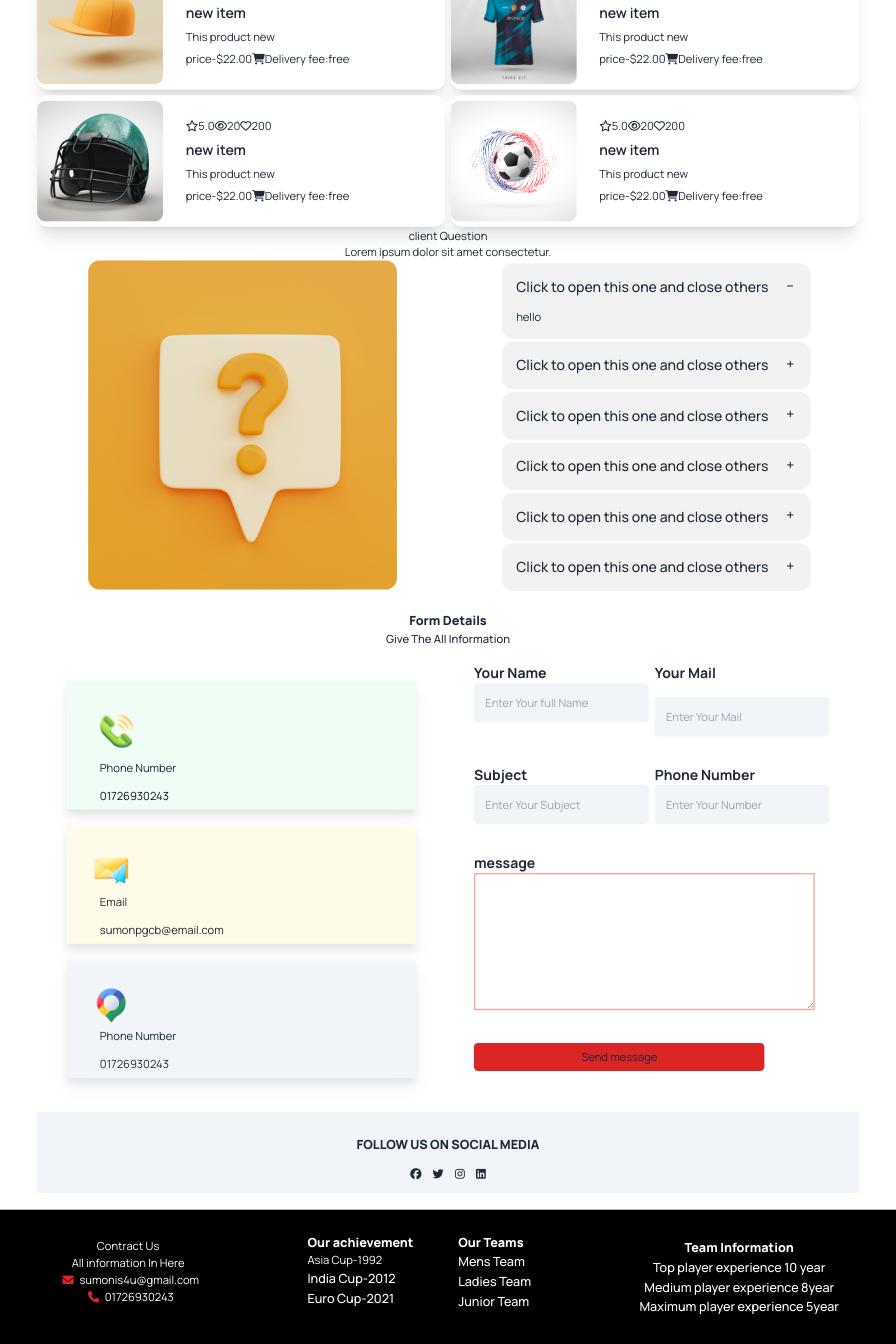
Repository: sumonkumarsarkar/bd-hockeys-team
Page: index.html
The author's editor kept a copy of each file at every save. The page is drawn from the files as they stood at one save, then again after the next save.
The browser window is 1280 px wide. The pictures show the part of the page from y = 2213 to 4133 px (the page is 4133 px tall), at 70% of full size.
Some web libraries are served in a nearby version.

Above is the page before, as saved 2024-01-24 17:38:38.

### index.html
<!DOCTYPE html>
<html lang="en">
<head>
    <meta charset="UTF-8">
    <meta name="viewport" content="width=device-width, initial-scale=1.0">
    <title>BD Hockeys Team</title>
    <link rel="stylesheet" href="https://cdnjs.cloudflare.com/ajax/libs/font-awesome/6.5.1/css/all.min.css" integrity="sha512-DTOQO9RWCH3ppGqcWaEA1BIZOC6xxalwEsw9c2QQeAIftl+Vegovlnee1c9QX4TctnWMn13TZye+giMm8e2LwA==" crossorigin="anonymous" referrerpolicy="no-referrer" />
    <link rel="preconnect" href="https://fonts.googleapis.com">
<link rel="preconnect" href="https://fonts.gstatic.com" crossorigin>
<link href="https://fonts.googleapis.com/css2?family=Manrope:wght@400;500;600;700;800&display=swap" rel="stylesheet">
    <link href="https://cdn.jsdelivr.net/npm/daisyui@4.6.0/dist/full.min.css" rel="stylesheet" type="text/css" />
    <script src="https://cdn.tailwindcss.com"></script>

    <style>
        .manrope-font{
            font-family: 'Manrope', sans-serif;
        }
    </style>

</head>
<body class="manrope-font">
    <!-- header part start  -->
    <header class="w-11/12 mx-auto">
        <nav>
            <div class="navbar bg-base-100">
                <div class="navbar-start">
                  <div class="dropdown">
                    <div tabindex="0" role="button" class="btn btn-ghost lg:hidden">
                      <svg xmlns="http://www.w3.org/2000/svg" class="h-5 w-5" fill="none" viewBox="0 0 24 24" stroke="currentColor"><path stroke-linecap="round" stroke-linejoin="round" stroke-width="2" d="M4 6h16M4 12h8m-8 6h16" /></svg>
                    </div>
                    <ul tabindex="0" class="menu menu-sm dropdown-content mt-3 z-[1] p-2 shadow bg-base-100 rounded-box w-52">
                      <li><a>Home</a></li>
                      <li><a>About</a></li>
                      <li><a>Page</a></li>
                      <li><a>Blog</a></li>
                      <li><a>Contract</a></li>
                    </ul>
                  </div>
                  <a class="btn btn-ghost text-xl">BD Hockeys</a>
                </div>
                <div class="navbar-center hidden lg:flex">
                  <ul class="menu menu-horizontal px-1">
                    <li class="text-[#FF4240;]"><a>Home</a></li>
                      <li><a>About</a></li>
                      <li><a>Page</a></li>
                      <li><a>Blog</a></li>
                      <li><a>Contract</a></li>
                  </ul>
                </div>
                <div class="navbar-end">
                    <div type="search" class="btn btn-ghost btn-circle">
                        <svg xmlns="http://www.w3.org/2000/svg" class="h-5 w-5" fill="none" viewBox="0 0 24 24" stroke="currentColor"><path stroke-linecap="round" stroke-linejoin="round" stroke-width="2" d="M21 21l-6-6m2-5a7 7 0 11-14 0 7 7 0 0114 0z" /></svg>
                      </div>
                  <a class="btn bg-[#FF4240;]">Get Ticket</a>
                </div>
              </div>
        </nav>



      <!-- banner part start  -->

   <div class=" lg:relative">
    <div>
        <div class="carousel w-full">
            <div id="slide1" class="carousel-item relative w-full">
              <img src="./Images/1.png" class="w-full" alt="bd-hockey" />
              <div class="absolute flex justify-between transform -translate-y-1/2 left-5 right-5 top-1/2">
                <a href="#slide4" class="btn btn-circle">❮</a>
                <a href="#slide2" class="btn btn-circle">❯</a>
              </div>
            </div>
            <div id="slide2" class="carousel-item relative w-full">
              <img src="./Images/banner1.jpeg" class="w-full" alt="bd-hockey" />
              <div class="absolute flex justify-between transform -translate-y-1/2 left-5 right-5 top-1/2">
                <a href="#slide1" class="btn btn-circle">❮</a>
                <a href="#slide3" class="btn btn-circle">❯</a>
              </div>
            </div>
            <div id="slide3" class="carousel-item relative w-full">
              <img src="./Images/banner3.jpg" class="w-full" alt="bd-hockey" />
              <div class="absolute flex justify-between transform -translate-y-1/2 left-5 right-5 top-1/2">
                <a href="#slide2" class="btn btn-circle">❮</a>
                <a href="#slide4" class="btn btn-circle">❯</a>
              </div>
            </div>
            <div id="slide4" class="carousel-item relative w-full">
              <img src="./Images/banner2.jpg" class="w-full" alt="bd-hockey"/>
              <div class="absolute flex justify-between transform -translate-y-1/2 left-5 right-5 top-1/2">
                <a href="#slide3" class="btn btn-circle">❮</a>
                <a href="#slide1" class="btn btn-circle">❯</a>
              </div>
            </div>
          </div>
    </div>
    <div class="lg:absolute bottom-4 right-4">
        <div class="px-4 py-2 bg-black text-white">
            <h2>All achievement of Bangladesh Hockeys Teams</h2>
             <p>World cup, asia cup, euro cup etc</p>
        </div>
    </div>

   </div>

      <!-- banner part end  -->
    </header>
    <!-- header part end  -->




    <!-- main part start  -->
    <main class="w-11/12 mx-auto">
  <section>

       <div class="text-center">
        <h2>Professional Hockeys Club</h2>
        <p>Lorem ipsum dolor sit amet consectetur adipisicing elit.</p>
       </div>

       <!-- card  -->

       <div class="flex flex-col lg:flex-row lg:justify-between bg-slate-300 lg:p-6 ">
        <div class="text-center">
         <div class="radial-progress" style="--value:70;" role="progressbar">87%</div>
         <h3>Top Player</h3>
         <p>Lorem ipsum dolor sit amet consectetur.</p>
        </div>
        <div class="text-center">
            <div class="radial-progress" style="--value:70;" role="progressbar">95%</div>
            <h3>Mid Player</h3>
            <p>Lorem ipsum dolor sit amet consectetur.</p>
        </div>
        <div class="text-center">
            <div class="radial-progress" style="--value:70;" role="progressbar">90%</div>
            <h3>Senior Player</h3>
            <p>Lorem ipsum dolor sit amet consectetur.</p>
        </div>
        <div class="text-center">
            <div class="radial-progress" style="--value:70;" role="progressbar">80%</div>
            <h3>junior Player</h3>
            <p>Lorem ipsum dolor sit amet consectetur.</p>
        </div>
       </div>
  </section>


   <section>

<!-- banner section start  -->
   <!-- text part  -->
   <div class="text-center">
    <h2>Professional Hockeys Club</h2>
    <p>Lorem ipsum dolor sit amet consectetur adipisicing elit.</p>
   </div>

 <!-- banner part  -->

<div class="grid grid-cols-1 lg:grid-cols-2 gap-2">

  <div class="flex flex-col lg:flex-row justify-between gap- my-3">


     <!-- banner -1  -->

     <div>
        <div class="relative">
            <div class="w-[510px]">
                <div><img src="./Images/2.png" alt=""></div>
             </div>
             <div class="absolute bottom-20 left-4">
                <h2>Top Players</h2>
                <p>Top players 5 Year experience </p>
                <button  class="py-4 px-6 rounded-lg bg-red-600" type="button">Register Now!</button>
             </div>
        </div>
     </div>




    <!-- banner -2  -->
 <div>
    <div class="relative">
        <div class="w-[510px]">
            <div><img src="./Images/3.png" alt=""></div>
         </div>
         <div class="absolute bottom-20 left-4">
            <h2>Top Players</h2>
            <p>Top players 5 Year experience </p>
            <button  class="py-4 px-6 rounded-lg bg-red-600" type="button">Register Now!</button>
         </div>
    </div>
 </div>



  </div>


 </div>





 <!-- banner -3  -->

    <div class="relative col-span-2">
        <div>
            <div><img src="./Images/4.png" alt=""></div>
         </div>
         <div class=" absolute bottom-10 lg:bottom-20 left-4">
            <h2>Top Players</h2>
            <p>Top players 5 Year experience </p>
            <button  class="py-4 px-6 rounded-lg bg-red-600" type="button">Register Now!</button>
         </div>
    </div>

</div>
   </section>


<!-- our product start  -->
<section>

    <div class="text-center">
        <h2>Our new Product</h2>
        <p>Lorem ipsum dolor sit amet consectetur adipisicing elit.</p>
       </div>

<div class="grid grid-cols-1 lg:grid-cols-2 gap-2">
<!-- card -1  -->

<div class="card card-side bg-base-100 shadow-xl flex-col lg:flex-row">
    <figure><img src="./Images/5.png" alt="T-shirt"/></figure>
    <div class="card-body">
        <div class="flex">
            <div><i class="fa-regular fa-star"></i></div>
            <div><h4>5.0</h4></div>
            <div><i class="fa-regular fa-eye"></i></div>
            <div>20</div>
            <div><i class="fa-regular fa-heart"></i></div>
            <div>200</div>
          </div>
      <h2 class="card-title">new item </h2>
      <p>This product new</p>
      <div class="flex">
        <div>
            <h2>price-$22.00</h2>
        </div>
        <div class="flex">
            <div><i class="fa-solid fa-cart-shopping"></i></div>
            <div><h4>Delivery fee:free</h4></div>
        </div>
      </div>
    </div>
  </div>


  <!-- card -2  -->

  <div class="card card-side bg-base-100 shadow-xl flex-col lg:flex-row">
    <figure><img src="./Images/6.png" alt="T-shirt"/></figure>
    <div class="card-body">
        <div class="flex">
            <div><i class="fa-regular fa-star"></i></div>
            <div><h4>5.0</h4></div>
            <div><i class="fa-regular fa-eye"></i></div>
            <div>20</div>
            <div><i class="fa-regular fa-heart"></i></div>
            <div>200</div>
          </div>
      <h2 class="card-title">new item </h2>
      <p>This product new</p>
      <div class="flex">
        <div>
            <h2>price-$22.00</h2>
        </div>
        <div class="flex">
            <div><i class="fa-solid fa-cart-shopping"></i></div>
            <div><h4>Delivery fee:free</h4></div>
        </div>
      </div>
    </div>
  </div>

<!-- card -3  -->


<div class="card card-side bg-base-100 shadow-xl flex-col lg:flex-row">
    <figure><img src="./Images/7.png" alt="T-shirt"/></figure>
    <div class="card-body">
        <div class="flex">
            <div><i class="fa-regular fa-star"></i></div>
            <div><h4>5.0</h4></div>
            <div><i class="fa-regular fa-eye"></i></div>
            <div>20</div>
            <div><i class="fa-regular fa-heart"></i></div>
            <div>200</div>
          </div>
      <h2 class="card-title">new item </h2>
      <p>This product new</p>
      <div class="flex">
        <div>
            <h2>price-$22.00</h2>
        </div>
        <div class="flex">
            <div><i class="fa-solid fa-cart-shopping"></i></div>
            <div><h4>Delivery fee:free</h4></div>
        </div>
      </div>
    </div>
  </div>


  <!-- card -4  -->


  <div class="card card-side bg-base-100 shadow-xl flex-col lg:flex-row">
    <figure><img src="./Images/8.png" alt="T-shirt"/></figure>
    <div class="card-body">
        <div class="flex">
            <div><i class="fa-regular fa-star"></i></div>
            <div><h4>5.0</h4></div>
            <div><i class="fa-regular fa-eye"></i></div>
            <div>20</div>
            <div><i class="fa-regular fa-heart"></i></div>
            <div>200</div>
          </div>
      <h2 class="card-title">new item </h2>
      <p>This product new</p>
      <div class="flex">
        <div>
            <h2>price-$22.00</h2>
        </div>
        <div class="flex">
            <div><i class="fa-solid fa-cart-shopping"></i></div>
            <div><h4>Delivery fee:free</h4></div>
        </div>
      </div>
    </div>
  </div>


   <!-- card -5  -->


   <div class="card card-side bg-base-100 shadow-xl flex-col lg:flex-row">
    <figure><img src="./Images/9.png" alt="T-shirt"/></figure>
    <div class="card-body">
        <div class="flex">
            <div><i class="fa-regular fa-star"></i></div>
            <div><h4>5.0</h4></div>
            <div><i class="fa-regular fa-eye"></i></div>
            <div>20</div>
            <div><i class="fa-regular fa-heart"></i></div>
            <div>200</div>
          </div>
      <h2 class="card-title">new item </h2>
      <p>This product new</p>
      <div class="flex">
        <div>
            <h2>price-$22.00</h2>
        </div>
        <div class="flex">
            <div><i class="fa-solid fa-cart-shopping"></i></div>
            <div><h4>Delivery fee:free</h4></div>
        </div>
      </div>
    </div>
  </div>


   <!-- card -6  -->


   <div class="card card-side bg-base-100 shadow-xl flex-col lg:flex-row">
    <figure><img src="./Images/10.png" alt="T-shirt"/></figure>
    <div class="card-body">
        <div class="flex">
            <div><i class="fa-regular fa-star"></i></div>
            <div><h4>5.0</h4></div>
            <div><i class="fa-regular fa-eye"></i></div>
            <div>20</div>
            <div><i class="fa-regular fa-heart"></i></div>
            <div>200</div>
          </div>
      <h2 class="card-title">new item </h2>
      <p>This product new</p>
      <div class="flex">
        <div>
            <h2>price-$22.00</h2>
        </div>
        <div class="flex">
            <div><i class="fa-solid fa-cart-shopping"></i></div>
            <div><h4>Delivery fee:free</h4></div>
        </div>
      </div>
    </div>
  </div>

       </div>
</section>


<!-- our product end  -->


<!-- Question part start  -->

<section>

    <div class="text-center">
        <h2>client Question</h2>
        <p>Lorem ipsum dolor sit amet consectetur.</p>
       </div>


       <div class="flex flex-col lg:flex-row justify-around">

        <div>
            <img src="./Images/11.png" alt="">
        </div>
        <div>
            <div class="collapse collapse-plus bg-base-200 p-1 m-1">
                <input type="radio" name="my-accordion-3" checked="checked"/>
                <div class="collapse-title text-xl font-medium">
                  Click to open this one and close others
                </div>
                <div class="collapse-content">
                  <p>hello</p>
                </div>
              </div>
              <div class="collapse collapse-plus bg-base-200 p-1 m-1">
                <input type="radio" name="my-accordion-3" />
                <div class="collapse-title text-xl font-medium">
                  Click to open this one and close others
                </div>
                <div class="collapse-content">
                  <p>hello</p>
                </div>
              </div>
              <div class="collapse collapse-plus bg-base-200 p-1 m-1">
                <input type="radio" name="my-accordion-3" />
                <div class="collapse-title text-xl font-medium">
                  Click to open this one and close others
                </div>
                <div class="collapse-content">
                  <p>hello</p>
                </div>
              </div>
              <div class="collapse collapse-plus bg-base-200 p-1 m-1">
                <input type="radio" name="my-accordion-3" />
                <div class="collapse-title text-xl font-medium">
                  Click to open this one and close others
                </div>
                <div class="collapse-content">
                  <p>hello</p>
                </div>
              </div>
              <div class="collapse collapse-plus bg-base-200 p-1 m-1">
                <input type="radio" name="my-accordion-3" />
                <div class="collapse-title text-xl font-medium">
                  Click to open this one and close others
                </div>
                <div class="collapse-content">
                  <p>hello</p>
                </div>
              </div>
              <div class="collapse collapse-plus bg-base-200 p-1 m-1">
                <input type="radio" name="my-accordion-3" />
                <div class="collapse-title text-xl font-medium">
                  Click to open this one and close others
                </div>
                <div class="collapse-content">
                  <p>hello</p>
                </div>
              </div>

        </div>
       </div>

</section>
<!-- Question part end  -->

<!-- Get In Touch part start  -->
<section class="my-6">


    <div class="text-center bg-[#FFF] my-6"">
        <h2 class="font-extrabold text-[ #FFF;] text-lg">Form Details</h2>
        <p class="font-medium">Give The All Information</p>
       </div>

<div class="flex flex-col lg:flex-row justify-around">


    <div>

        <!-- card-1  -->
        <div class="drop-shadow-xl bg-green-50 w-[500px] h-50 pt-10 ps-10 my-6">
            <div class="p-2"><img src="./Images/Group 1171275317.png" alt=""></div>
            <p class="p-2">Phone Number</p>
            <p class="p-2 text-[#131318;]">01726930243</p>
             </div>
              <!-- card-2  -->
             <div class="drop-shadow-xl bg-yellow-50 w-[500px] h-50 pt-10 ps-10">
            <div><img src="./Images/Group 1171275318.png" alt=""></div>
            <p class="p-2">Email</p>
            <p class="p-2">sumonpgcb@email.com</p>
             </div>
              <!-- card-3 -->
             <div class="drop-shadow-xl bg-slate-100 w-[500px] h-50 pt-10 ps-10 my-6">
            <div><img src="./Images/Group 1171275321.png" alt=""></div>
            <p class="p-2">Phone Number</p>
            <p class="p-2">01726930243</p>
             </div>

    </div>


 <!-- form part  -->
<div class="grid grid-cols-1 lg:grid-cols-2 gap-2">

<!-- for name  -->
<div class="col-span-1">
    <form >
        <label for="Name" class="font-bold text-xl">Your Name</label><br>
        <input class="w-[250px] p-4 rounded-md bg-slate-100" type="text" name="Name" id="" pattern="type Name" placeholder="Enter Your full Name">
    </form>
</div>
<!-- for mail  -->
<div class="col-span-1">
    <form class="space-y-5">
        <label for="Name" class="font-bold text-xl">Your Mail</label><br>
        <input class="w-[250px] p-4 rounded-md bg-slate-100" type="text" name="Name" id="" pattern="type mail" placeholder="Enter Your Mail">
    </form>
</div>
<!-- for subject  -->
<div class="col-span-1">
    <form>
        <label for="Name" class="font-bold text-xl">Subject</label><br>
        <input class="w-[250px] p-4 rounded-md bg-slate-100" type="text" name="Name" id="" pattern="type subject" placeholder="Enter Your Subject">
    </form>
</div>
<!-- for Phone number  -->
<div class="col-span-1">
    <form>
        <label for="number" class="font-bold text-xl">Phone Number</label><br>
        <input class="w-[250px] p-4 rounded-md bg-slate-100" type="text" name="Name" id="" pattern="type subject" placeholder="Enter Your Number">
    </form>
</div>
<div class="lg:col-span-2">
    <form >
        <label for="number" class="font-bold text-xl">message</label><br>
        <textarea class="border-2 border-red-300" name=" message" id="" cols="52" rows="8"></textarea placeholder="Enter Your Message">
    </form>
</div>
<div class="lg:col-span-2">
    <button class="p-2 bg-red-600 w-[415px] rounded-md" type="button">Send message</button>
</div>





    </div>




</div>














<!-- Get In Touch part end  -->




   <!-- banner section end  -->

   <!-- social media  part start  -->
<section>

    <div class="my-6 bg-slate-100">
        <div class="text-center">
            <h2 class="pt-8 font-extrabold text-lg">FOLLOW US ON SOCIAL MEDIA</h2>
        </div>
            <div class="flex justify-center items-center p-2">
             <div class="p-2"><i class="fa-brands fa-facebook"></i></div>
             <div class="p-2"><i class="fa-brands fa-twitter"></i></div>
             <div class="p-2"><i class="fa-brands fa-instagram"></i></div>
             <div class="p-2"><i class="fa-brands fa-linkedin"></i></div>
            </div>

    </div>

</section>


   <!-- social media  part end  -->

    </main>
        <!-- main part end  -->

<!-- footer part start  -->
        <footer class="w-full mx-auto bg-black">

            <div class="flex flex-col lg:flex-row justify-around text-white">

                <div class="text-center p-10">
                    <div>
                        <h2>Contract Us</h2>
                        <p>All information In Here</p>
                    </div>
                     <div>
                        <h2><span class="text-red-600 m-2"><i class="fa-solid fa-envelope"></i></span>sumonis4u@gmail.com</h2>
                        <h2> <span class="text-red-600 m-2"><i class="fa-solid fa-phone"></i></i></span>01726930243</h2>
                     </div>
                  </div>

                 <!-- part-2  -->

                 <div>

                    <div class="flex justify-center lg:justify-between">
                        <div class=" ps-6 lg:p-8">
                            <h2 class="font-extrabold text-[ #FFF;] text-lg">Our achievement</h2>

                            <p>Asia Cup-1992</p>
                            <p class="font-medium text-[rgba(255, 255, 255, 0.60);] text-lg">India Cup-2012</p>
                            <p class="font-medium text-[rgba(255, 255, 255, 0.60);] text-lg">Euro Cup-2021</p>
                        </div>
                        <div class=" ps-6 lg:p-8">
                            <h2 class="font-extrabold text-[ #FFF;] text-lg">Our Teams</h2>
                            <p class="font-medium text-[rgba(255, 255, 255, 0.60);] text-lg">Mens Team</p>
                            <p class="font-medium text-[rgba(255, 255, 255, 0.60);] text-lg">Ladies Team</p>
                            <p class="font-medium text-[rgba(255, 255, 255, 0.60);] text-lg">Junior Team</p>

                        </div>
                     </div>
                 </div>



                 <!-- part-3  -->

        <div class=" text-center lg:p-10">
            <div>
                <h2 class="font-extrabold text-[ #FFF;] text-lg">Team Information</h2>
                <p class="font-medium text-[rgba(255, 255, 255, 0.60);] text-lg">Top player experience 10 year</p>
                <p class="font-medium text-[rgba(255, 255, 255, 0.60);] text-lg">Medium player experience 8year </p>
                <p class="font-medium text-[rgba(255, 255, 255, 0.60);] text-lg">Maximum player experience 5year</p>
            </div>
        </div>



            </div>



        </footer>
        <!-- footer part start  -->
</body>
</html>

After the next save:
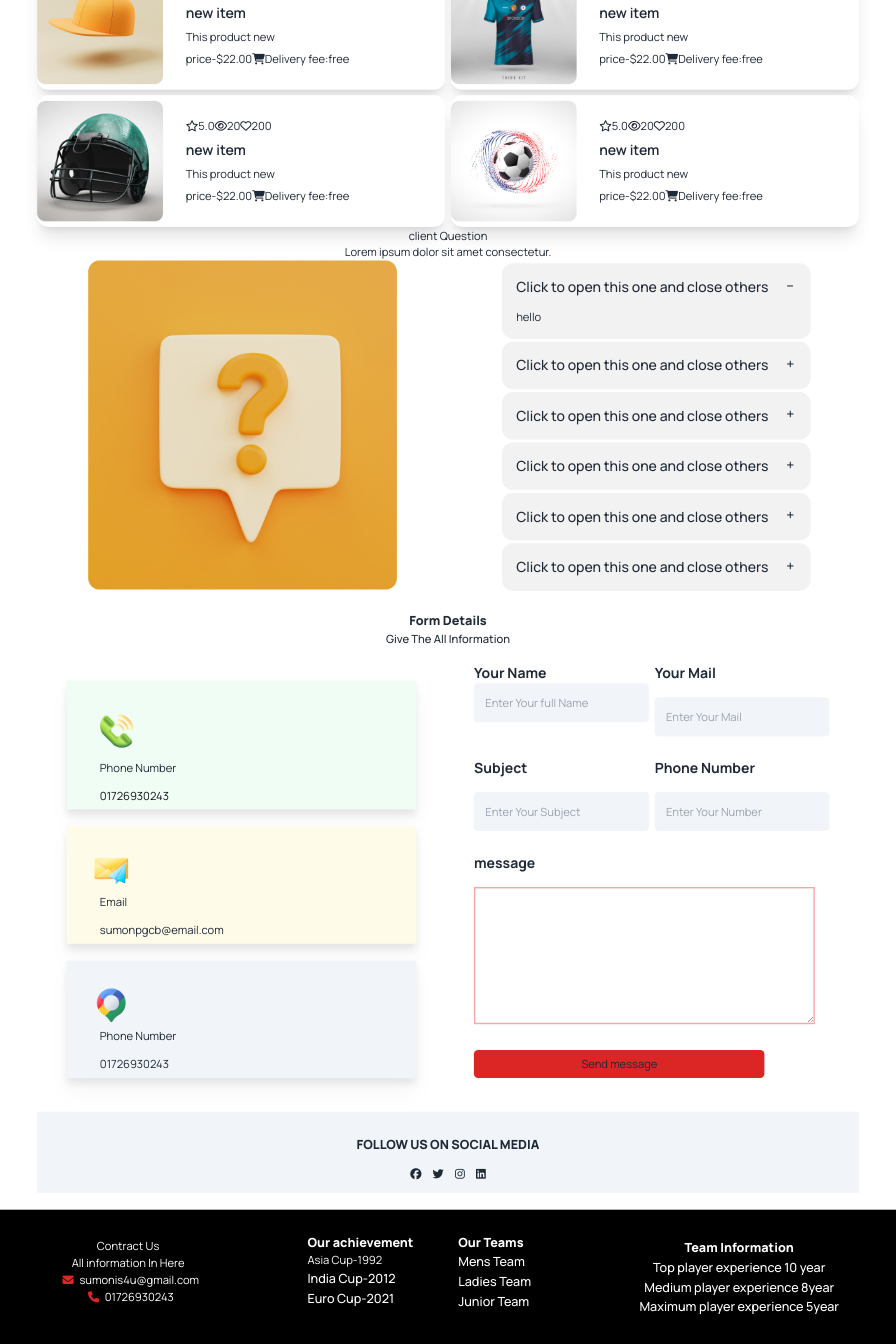
Saved 68 s later.
--- a/index.html
+++ b/index.html
@@ -539,20 +539,20 @@
 </div>
 <!-- for subject  -->
 <div class="col-span-1">
-    <form>
+    <form class="space-y-5">
         <label for="Name" class="font-bold text-xl">Subject</label><br>
         <input class="w-[250px] p-4 rounded-md bg-slate-100" type="text" name="Name" id="" pattern="type subject" placeholder="Enter Your Subject">
     </form>
 </div>
 <!-- for Phone number  -->
 <div class="col-span-1">
-    <form>
+    <form class="space-y-5">
         <label for="number" class="font-bold text-xl">Phone Number</label><br>
         <input class="w-[250px] p-4 rounded-md bg-slate-100" type="text" name="Name" id="" pattern="type subject" placeholder="Enter Your Number">
     </form>
 </div>
 <div class="lg:col-span-2">
-    <form >
+    <form class="space-y-5">
         <label for="number" class="font-bold text-xl">message</label><br>
         <textarea class="border-2 border-red-300" name=" message" id="" cols="52" rows="8"></textarea placeholder="Enter Your Message">
     </form>
